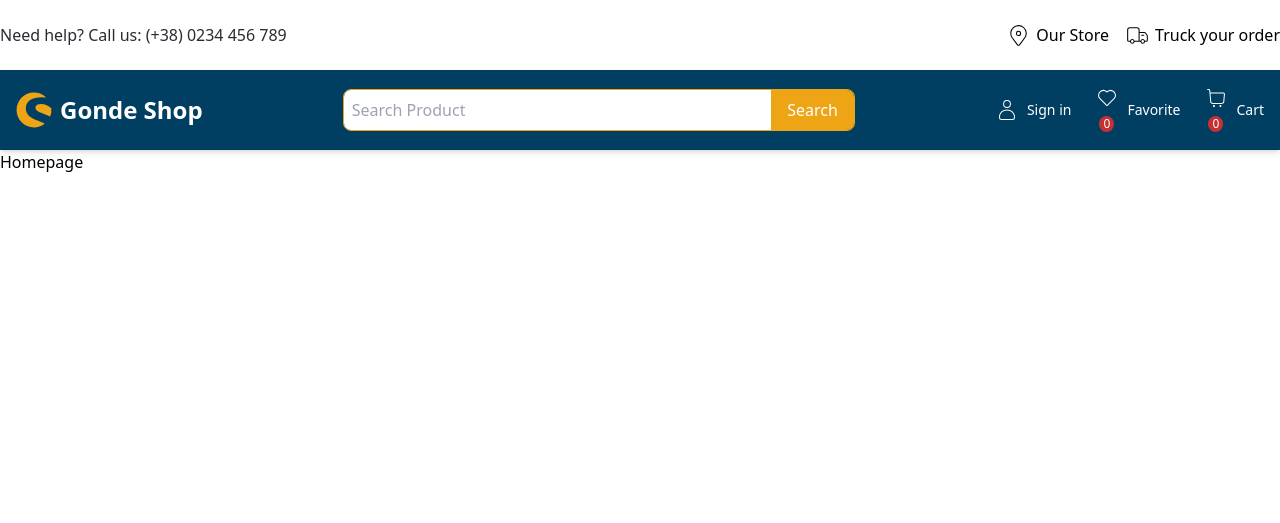
Repository: gonde-974/electonshop
Page: / (app in electonshop/)
These files come from the project's save history. The page is drawn as it stood at one moment and after the next save; the edit follows.
The browser window is 1280 px wide. The pictures show the whole page.
The project was rebuilt for these pictures with package versions that can differ from the ones it lists, and the page was loaded fresh each time. Also part of the build but not shown: electonshop/vite.config.js, electonshop/src/pages/ProductPage.jsx, electonshop/src/pages/SingleProductPage.jsx, electonshop/src/pages/CartPage.jsx.

Above is the page before, as saved 2025-03-20 07:13:00.

After the next save:
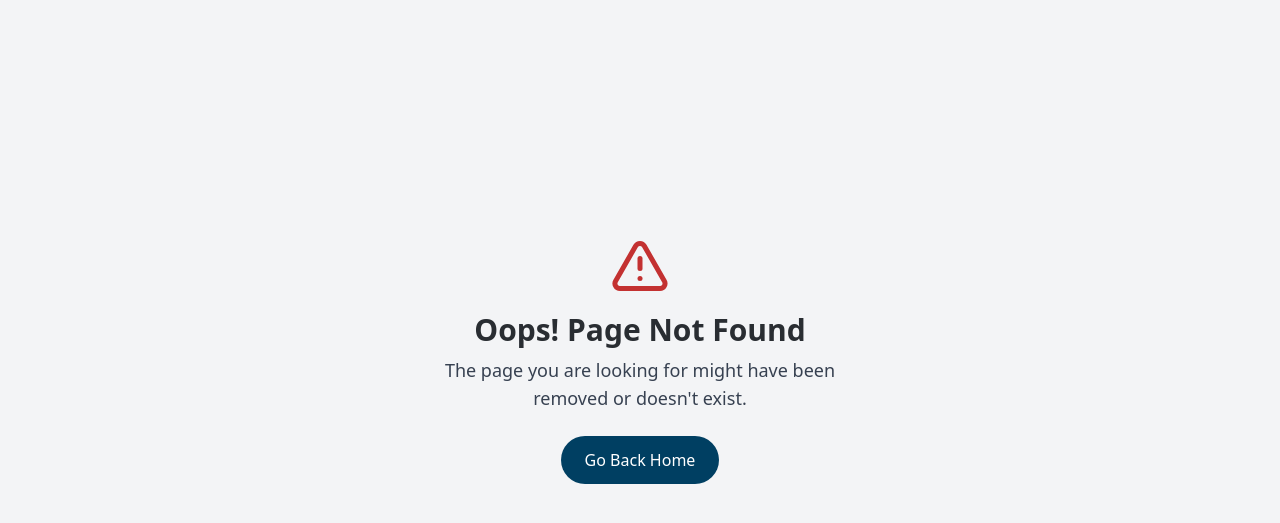
Saved 18 s later.
--- a/electonshop/src/components/NavBarComponent.jsx
+++ b/electonshop/src/components/NavBarComponent.jsx
@@ -8,25 +8,25 @@
 function NavBarComponent() {
   const [isOpen, setIsOpen] = useState(false);
 
-  // const navItems = [
-  //   {
-  //     item:<CiUser/>,
-  //     title:SignIn,
-  //     path:'/'
-  //   },
-  //   {
-  //     item:<CiHeart/>,
-  //     title:'Favorite',
-  //     path:'/',
-  //     count:0
-  //   },
-  //   {
-  //     item:<CiShoppingCart />,
-  //     title:'Cart',
-  //     path:'/Cart',
-  //     count:0
-  //   }
-  // ]
+  const navItems = [
+    {
+      item:<CiUser/>,
+      title:SignIn,
+      path:'/'
+    },
+    {
+      item:<CiHeart/>,
+      title:'Favorite',
+      path:'/',
+      count:0
+    },
+    {
+      item:<CiShoppingCart />,
+      title:'Cart',
+      path:'/Cart',
+      count:0
+    }
+  ]
 
   return (
     <>

After the 3 saves that followed:
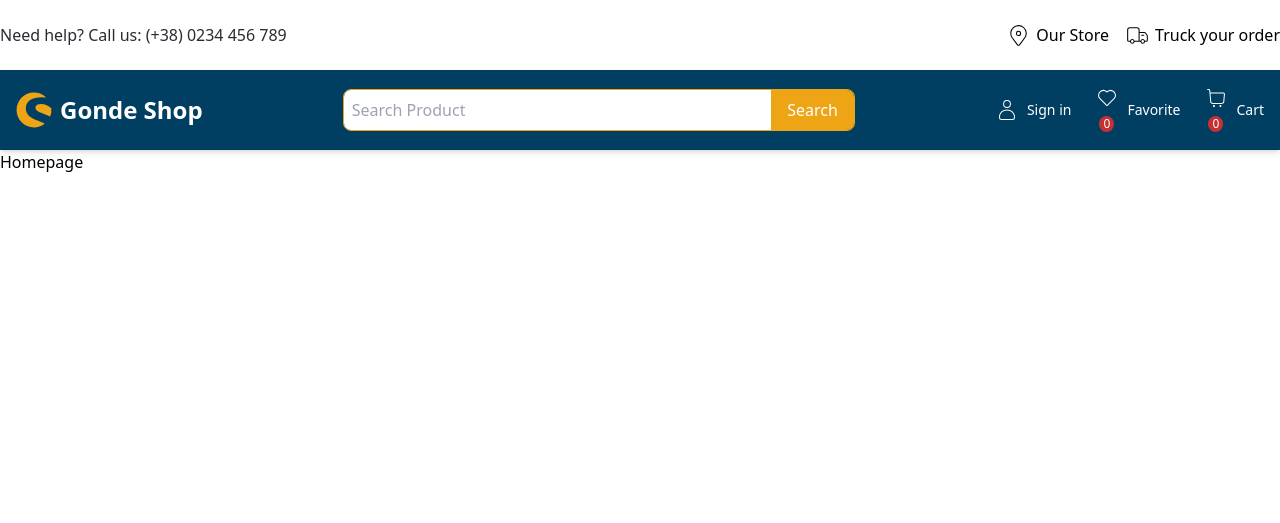
The 3 saves are shown as one change because 2 left the picture as it was.
The last was saved 73 s later.
--- a/electonshop/src/components/NavBarComponent.jsx
+++ b/electonshop/src/components/NavBarComponent.jsx
@@ -8,25 +8,25 @@
 function NavBarComponent() {
   const [isOpen, setIsOpen] = useState(false);
 
-  const navItems = [
-    {
-      item:<CiUser/>,
-      title:SignIn,
-      path:'/'
-    },
-    {
-      item:<CiHeart/>,
-      title:'Favorite',
-      path:'/',
-      count:0
-    },
-    {
-      item:<CiShoppingCart />,
-      title:'Cart',
-      path:'/Cart',
-      count:0
-    }
-  ]
+  // const navItems = [
+  //   {
+  //     item:<CiUser/>,
+  //     title:SignIn,
+  //     path:'/'
+  //   },
+  //   {
+  //     item:<CiHeart/>,
+  //     title:'Favorite',
+  //     path:'/',
+  //     count:0
+  //   },
+  //   {
+  //     item:<CiShoppingCart />,
+  //     title:'Cart',
+  //     path:'/cart',
+  //     count:0
+  //   }
+  // ]
 
   return (
     <>
@@ -61,7 +61,7 @@
       <CiShoppingCart size={24} />
       <span className="nav-counter">0</span>
     </div>
-    <NavLink to="/" className="nav-link">Cart</NavLink>
+    <NavLink to="/cart" className="nav-link">Cart</NavLink>
   </li>
 </ul>
 
